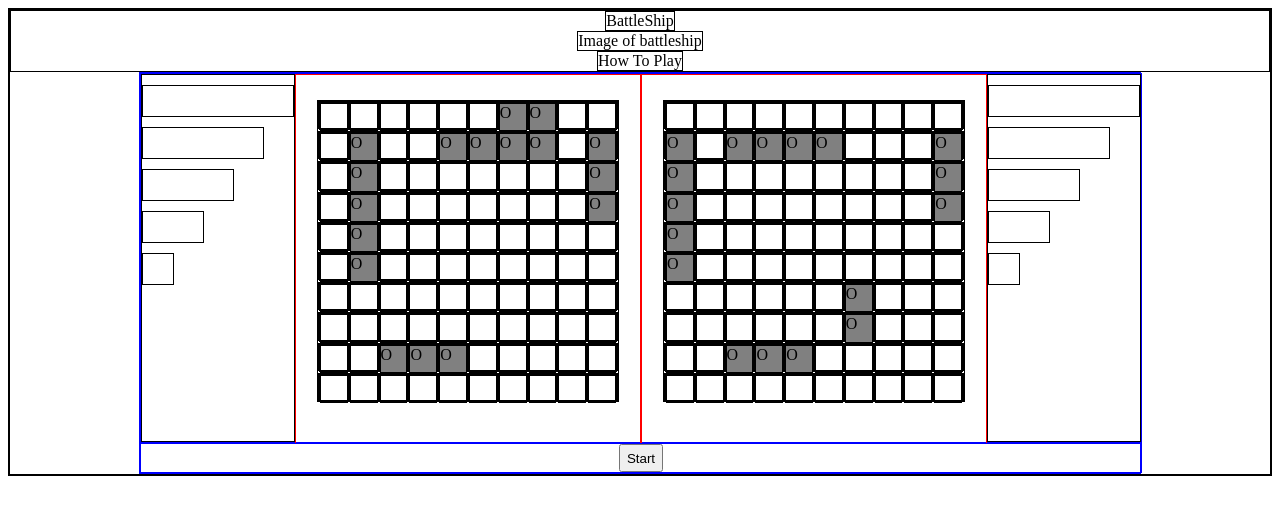
Repository: J-Haze/BattleshipApp
Page: /
The author's editor kept a copy of each file at every save. The page is drawn from the files as they stood at one save, then again after the next save.
The browser window is 1280 px wide. The pictures show the whole page.
The project was rebuilt for these pictures with package versions that can differ from the ones it lists, and the page was loaded fresh each time. Also part of the build but not shown: src/index.css.

Above is the page before, as saved 2020-09-23 20:41:33.

After the next save:
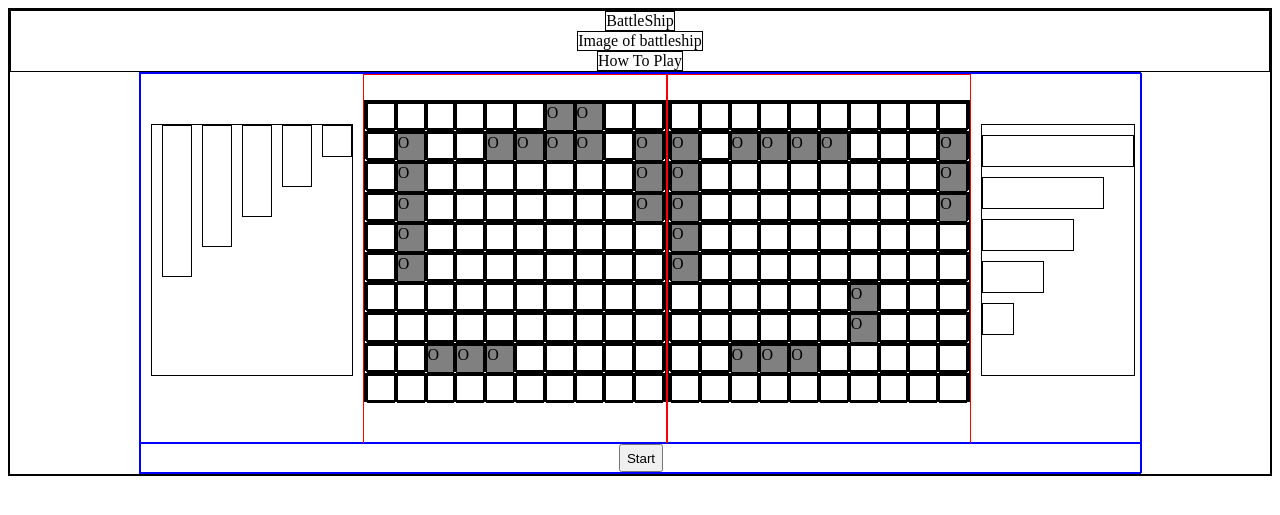
Saved 66 s later.
--- a/src/App.css
+++ b/src/App.css
@@ -119,7 +119,7 @@ div {
     margin-right: auto;
 }
 
-.fleet{
+.fleet-horizontal{
     height: 250px;
     width: 200px;
     margin-top: 50px;
@@ -152,30 +152,38 @@ div {
     width: 30px;
 }
 
+.fleet-vertical{
+    display: flex;
+    height: 250px;
+    width: 200px;
+    margin-top: 50px;
+    margin-left: 10px;
+    margin-right: 10px;
+}
 
 .ship-harbor-vertical{
-    height: 30px;
-    margin-top: 10px;
+    width: 30px;
+    margin-left: 10px;
 }
 
 .carrier-vertical{
-    width: 150px;
+    height: 150px;
 }
 
 .battleship-vertical{
-    width: 120px;
+    height: 120px;
 }
 
 .cruiser-vertical{
-    width: 90px;
+    height: 90px;
 }
 
 .submarine-vertical{
-    width: 60px;
+    height: 60px;
 }
 
 .destroyer-vertical{
-    width: 30px;
+    height: 30px;
 }
 
 .toggle{
